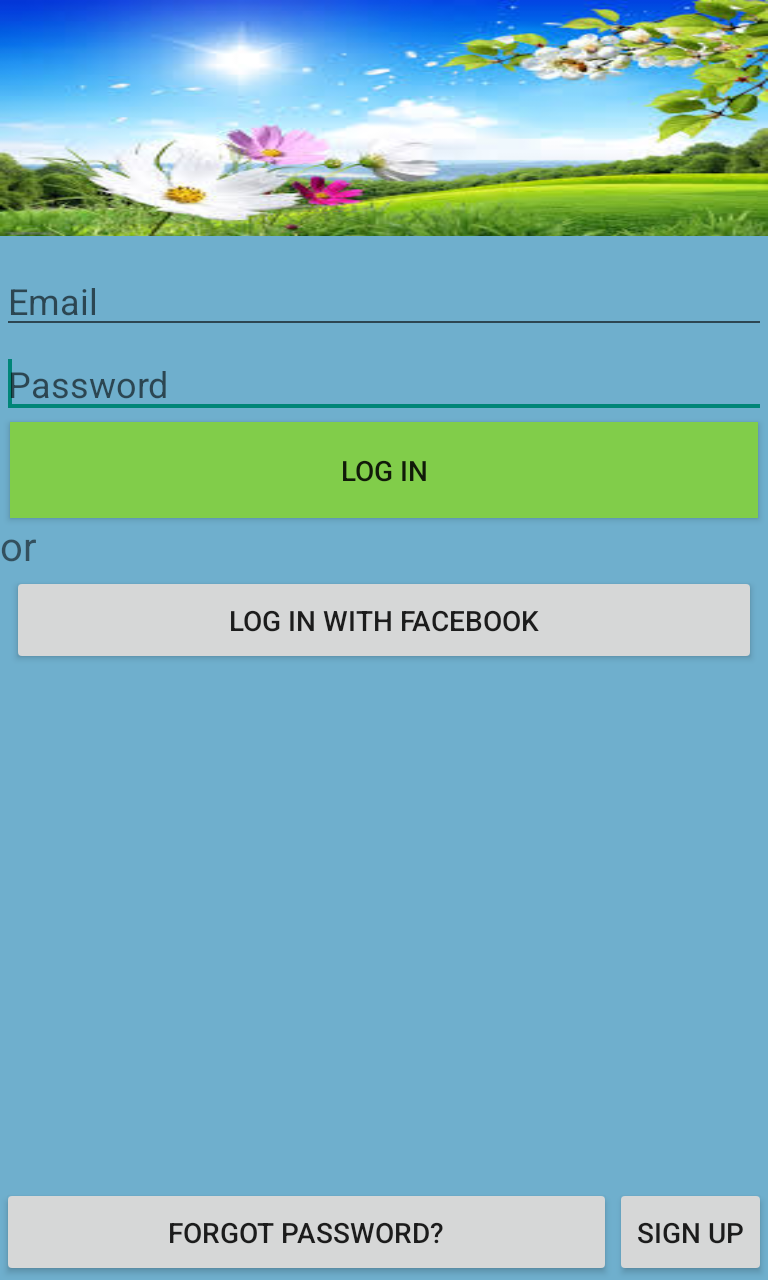
Repository: adarshnair13/my-project
Layout: ash/res/layout/activity_main.xml
The author's editor kept a copy of each file at every save. The layout is drawn from the files as they stood at one save, then again after the next save.
It is drawn on a 768 x 1280 px phone screen (xhdpi) without system bars, with theme AppTheme; the app's code is not run.

Above is the layout before, as saved 2015-02-02 23:29:08.

### ash/res/layout/activity_main.xml
<RelativeLayout xmlns:android="http://schemas.android.com/apk/res/android"
    xmlns:tools="http://schemas.android.com/tools"
    android:id="@+id/RelativeLayout1"
    android:layout_width="match_parent"
    android:layout_height="match_parent"
    android:background="#6FAFCD"
    android:orientation="vertical"
    tools:context="com.adarsh.ash.MainActivity" >

    <Button
        android:id="@+id/button3"
        style="?android:attr/buttonStyleSmall"
        android:layout_width="match_parent"
        android:layout_height="wrap_content"
        android:layout_alignParentBottom="true"
        android:layout_alignParentLeft="true"
        android:layout_toLeftOf="@+id/button4"
        android:text="Forgot Password?" />

    <Button
        android:id="@+id/button4"
        style="?android:attr/buttonStyleSmall"
        android:layout_width="wrap_content"
        android:layout_height="wrap_content"
        android:layout_alignParentBottom="true"
        android:layout_alignParentRight="true"
        android:text="Sign Up" />

    <LinearLayout
        android:layout_width="match_parent"
        android:layout_height="wrap_content"
        android:layout_above="@+id/button4"
        android:layout_alignParentTop="true"
        android:orientation="vertical" >

        <ImageView
            android:id="@+id/imageView1"
            android:layout_width="match_parent"
            android:layout_height="wrap_content"
            android:scaleType="fitXY"
            android:src="@drawable/nock" />

        <EditText
            android:id="@+id/editText1"
            android:layout_width="match_parent"
            android:layout_height="wrap_content"
            android:layout_marginTop="10dp"
            android:ems="10"
            android:hint="Email"
            android:inputType="textEmailAddress" />

        <EditText
            android:id="@+id/editText2"
            android:layout_width="match_parent"
            android:layout_height="wrap_content"
            android:ems="10"
            android:hint="Password"
            android:inputType="numberPassword" >

            <requestFocus />
        </EditText>

        <Button
            android:id="@+id/button1"
            style="?android:attr/buttonStyleSmall"
            android:layout_width="match_parent"
            android:layout_height="wrap_content"
            android:layout_marginLeft="5dp"
            android:layout_marginRight="5dp"
            android:background="#81CD4A"
            android:text="Log In" />

        <TextView
            android:id="@+id/textView1"
            android:layout_width="match_parent"
            android:layout_height="wrap_content"
            android:layout_gravity="center"
            android:text="or"
            android:textSize="20dp" />

        <Button
            android:id="@+id/button2"
            style="?android:attr/buttonStyleSmall"
            android:layout_width="match_parent"
            android:layout_height="wrap_content"
            android:layout_marginLeft="5dp"
            android:layout_marginRight="5dp"
            android:text="Log In with Facebook" />
    </LinearLayout>

</RelativeLayout>

Loaded but not shown: ash/res/values/styles.xml (common file); ash/res/values-v11/styles.xml (common file); ash/res/values-v14/styles.xml (common file)

After the next save:
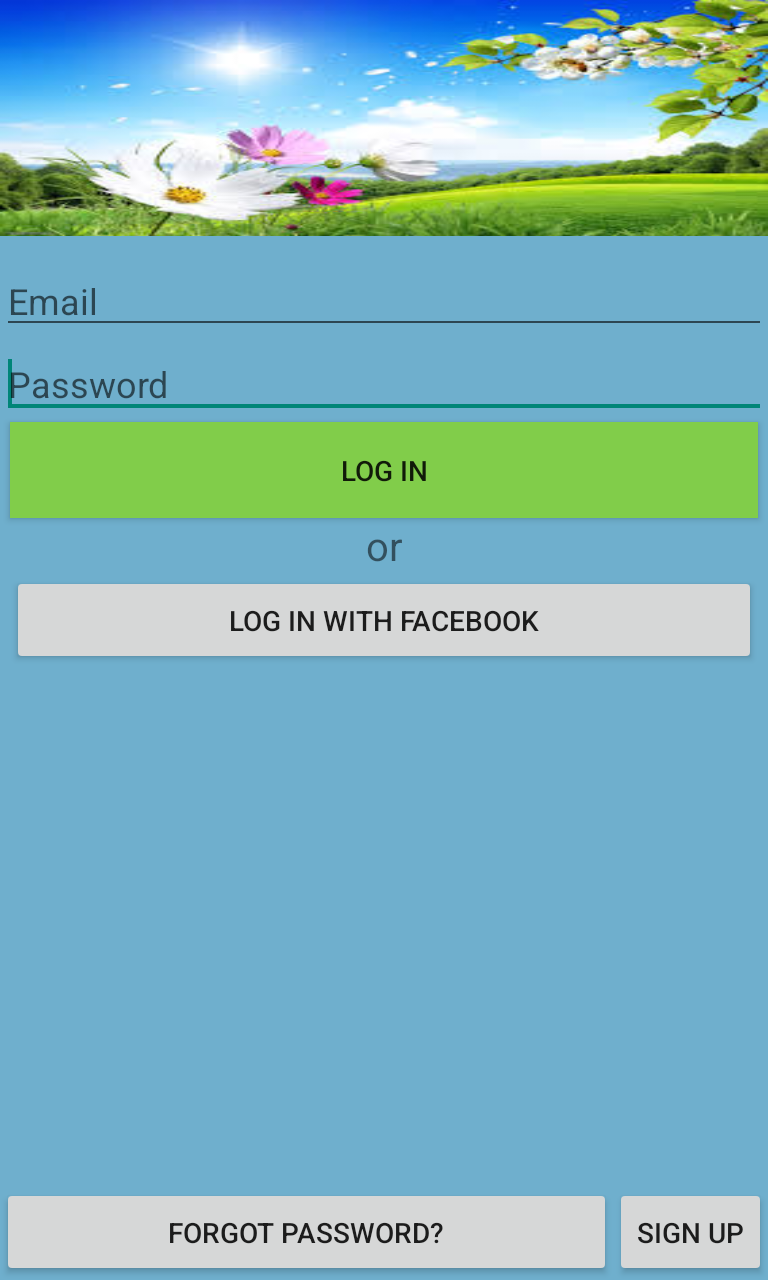
Saved 14 s later.
--- a/ash/res/layout/activity_main.xml
+++ b/ash/res/layout/activity_main.xml
@@ -74,7 +74,7 @@
             android:id="@+id/textView1"
             android:layout_width="match_parent"
             android:layout_height="wrap_content"
-            android:layout_gravity="center"
+            android:gravity="center"
             android:text="or"
             android:textSize="20dp" />
 
